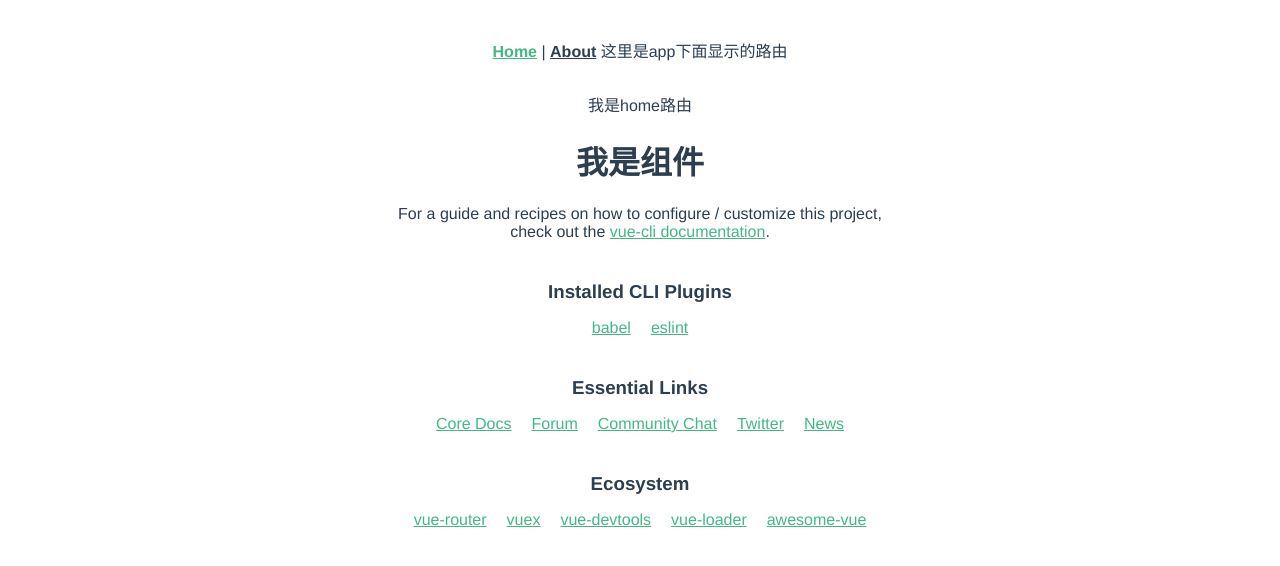
Repository: 12baby/project
Page: /
The author's editor kept a copy of each file at every save. The page is drawn from the files as they stood at one save, then again after the next save.
The browser window is 1280 px wide. The pictures show the whole page.
The project was rebuilt for these pictures with package versions that can differ from the ones it lists, and the page was loaded fresh each time. Also part of the build but not shown: vue.config.js.

Above is the page before, as saved 2019-04-09 13:36:19.

### src/main.js
import Vue from "vue";
import App from "./App.vue";
import router from "./router";
import store from "./store";
import * as axios from "./common/Utils/Http";
Vue.config.productionTip = false;
Vue.prototype.axios = axios;
new Vue({
  router,
  store,
  render: h => h(App)
}).$mount("#app");

### src/App.vue
<template>
  <div id="app">
    <div id="nav">
      <router-link to="/">Home</router-link> |
      <router-link to="/about">About</router-link>
      这里是app下面显示的路由
    </div>
    <router-view />
  </div>
</template>

<style lang="less">
#app {
  font-family: "Avenir", Helvetica, Arial, sans-serif;
  -webkit-font-smoothing: antialiased;
  -moz-osx-font-smoothing: grayscale;
  text-align: center;
  color: #2c3e50;
}
#nav {
  padding: 30px;
  a {
    font-weight: bold;
    color: #2c3e50;
    &.router-link-exact-active {
      color: #42b983;
    }
  }
}
</style>

### src/common/Utils/Http.js
// 引用axios
import axios from "axios";


if (process.env.NODE_ENV == "production") {
  axios.defaults.baseURL = "../";
} else {
  axios.defaults.baseURL = "/api";
}

axios.interceptors.request.use(
  config => {
    // 包装请求参数
    let requestData = config.data;
    config.data = JSON.stringify(requestData);
    // console.log("request data:", config.url, config.data)
    setHeader(config);
    return config;
  },
  err => {
    return Promise.reject(err);
  }
);

/**
 * 设置header信息
 * @param config
 */
function setHeader(config) {
  let time = new Date().getTime();
  // let token = getToken();
  let token = '702_2c9d6246dfdb97065811517fb509ffa5'
  config.headers["Content-Type"] = "application/json";
  config.headers["time"] = time;
  config.headers["token"] = token;
  config.headers["sign"] = sign;
}

/**
 * fetch 请求方法
 * @param url
 * @param params
 * @returns {Promise}
 */
export function fetch(url, params = {}) {
  return new Promise((resolve, reject) => {
    axios
      .get(url, {
        params: params
      })
      .then(response => {
        resolve(response.data);
      })
      .catch(err => {
        reject(err);
      });
  });
}

/**
 * post 请求方法
 * @param url
 * @param data
 * @returns {Promise}
 */
export function post(url, data = {}) {
  return new Promise((resolve, reject) => {
    axios.post(url, data).then(
      response => {
        resolve(response.data);
      },
      err => {
        reject(err);
      }
    );
  });
}

/**
 * patch 方法封装
 * @param url
 * @param data
 * @returns {Promise}
 */
export function patch(url, data = {}) {
  return new Promise((resolve, reject) => {
    axios.patch(url, data).then(
      response => {
        resolve(response.data);
      },
      err => {
        reject(err);
      }
    );
  });
}

/**
 * put 方法封装
 * @param url
 * @param data
 * @returns {Promise}
 */
export function put(url, data = {}) {
  return new Promise((resolve, reject) => {
    axios.put(url, data).then(
      response => {
        resolve(response.data);
      },
      err => {
        reject(err);
      }
    );
  });
}





/**
 * 设置storage
 * @param name
 * @param value
 */
export function setStorageItem(name, value) {
  if (value) {
    window.sessionStorage.setItem(name, JSON.stringify(value));
  }
}

/**
 * 获取storage
 * @param name
 * @param value
 */
export function getStorageItem(name) {
  let value = window.sessionStorage.getItem(name);
  return value == null ? '' : JSON.parse(value);
}

/**
 * 删除storage
 * @param name
 * @param value
 */
export function delStorageItem(name) {
  window.sessionStorage.removeItem(name);
}

/**
 * 清空storage
 * @param name
 * @param value
 */
export function clearStorage() {
  window.sessionStorage.clear();
}

/** *************************************************** 业务方法 ***************************************************/
/**
 * 设置用户
 * @returns {*}
 */
export function setUser(user) {
  return setStorageItem('user', user);
}
/**
 * 获取用户
 * @returns {*}
 */
export function getUser() {
  return getStorageItem('user');
}
/**
 * 设置用户token
 * @returns {*}
 */
export function setToken(token) {
  return setStorageItem('token', token);
}

/**
 * 获取用户token
 * @returns {*}
 */
export function getToken() {
  return getStorageItem('token');
}

### src/views/Home.vue
<template>
  <div class="home">
    我是home路由
    <HelloWorld msg="我是组件" />
  </div>
</template>

<script>
// @ is an alias to /src
import HelloWorld from "@/components/HelloWorld.vue";

export default {
  name: "home",
  components: {
    HelloWorld
  }
};
</script>

Loaded but not shown: public/index.html (common file); src/router.js (common file); src/store.js (common file); src/components/HelloWorld.vue (common file)

After the next save:
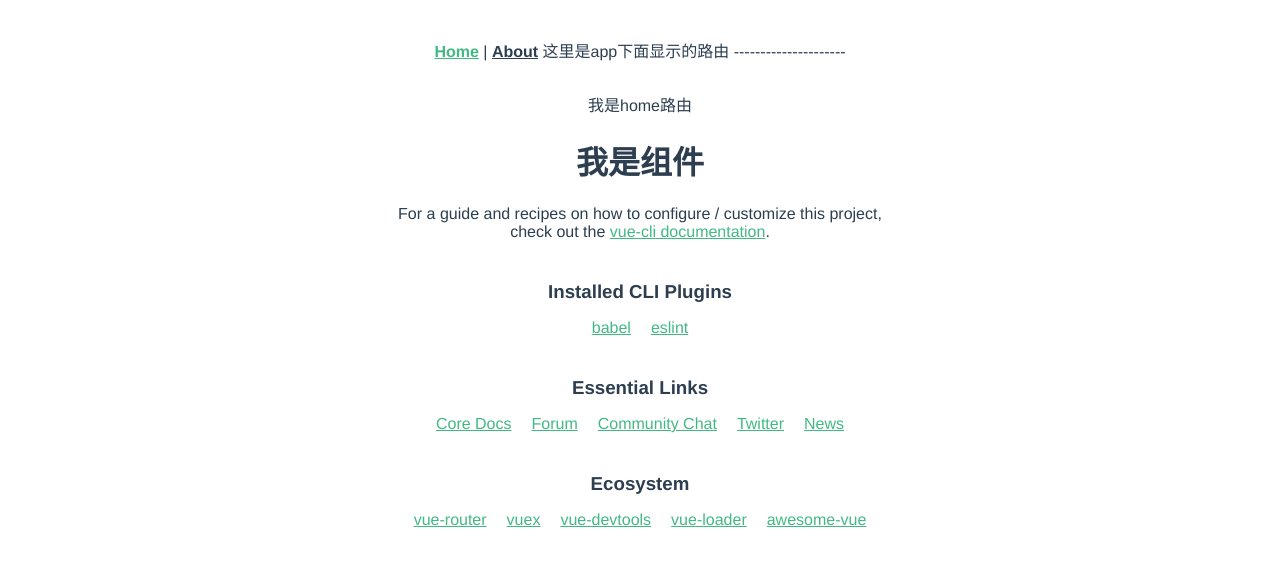
Saved 9 s later.
--- a/src/App.vue
+++ b/src/App.vue
@@ -4,6 +4,7 @@
       <router-link to="/">Home</router-link> |
       <router-link to="/about">About</router-link>
       这里是app下面显示的路由
+      ---------------------
     </div>
     <router-view />
   </div>

After the save that followed:
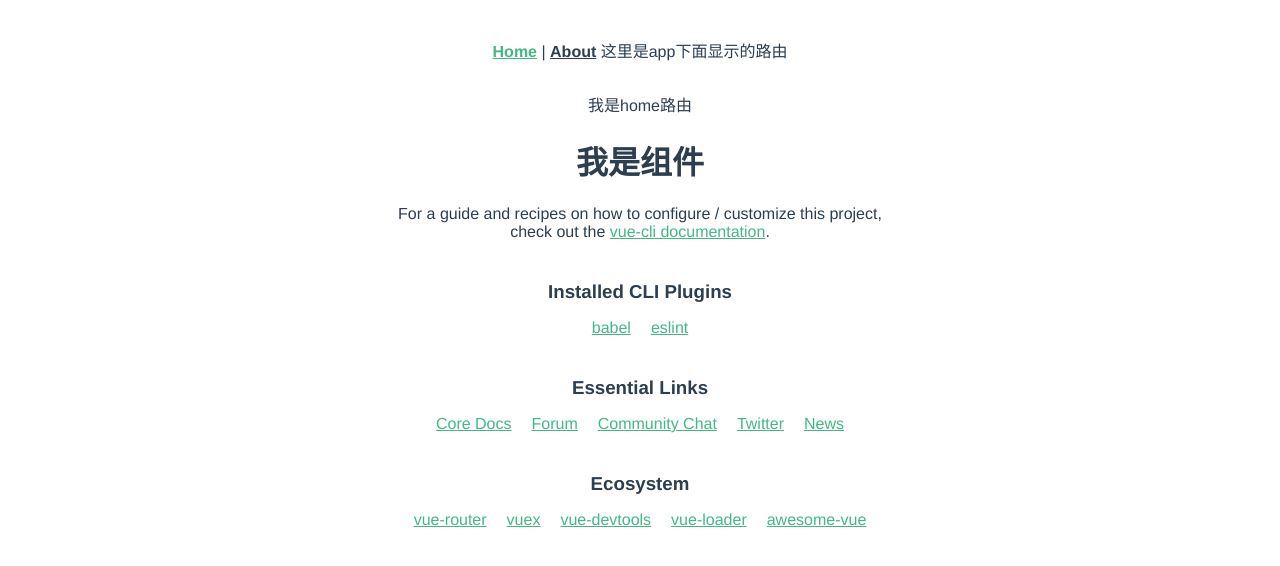
Saved 7 s later.
--- a/src/App.vue
+++ b/src/App.vue
@@ -4,7 +4,6 @@
       <router-link to="/">Home</router-link> |
       <router-link to="/about">About</router-link>
       这里是app下面显示的路由
-      ---------------------
     </div>
     <router-view />
   </div>
